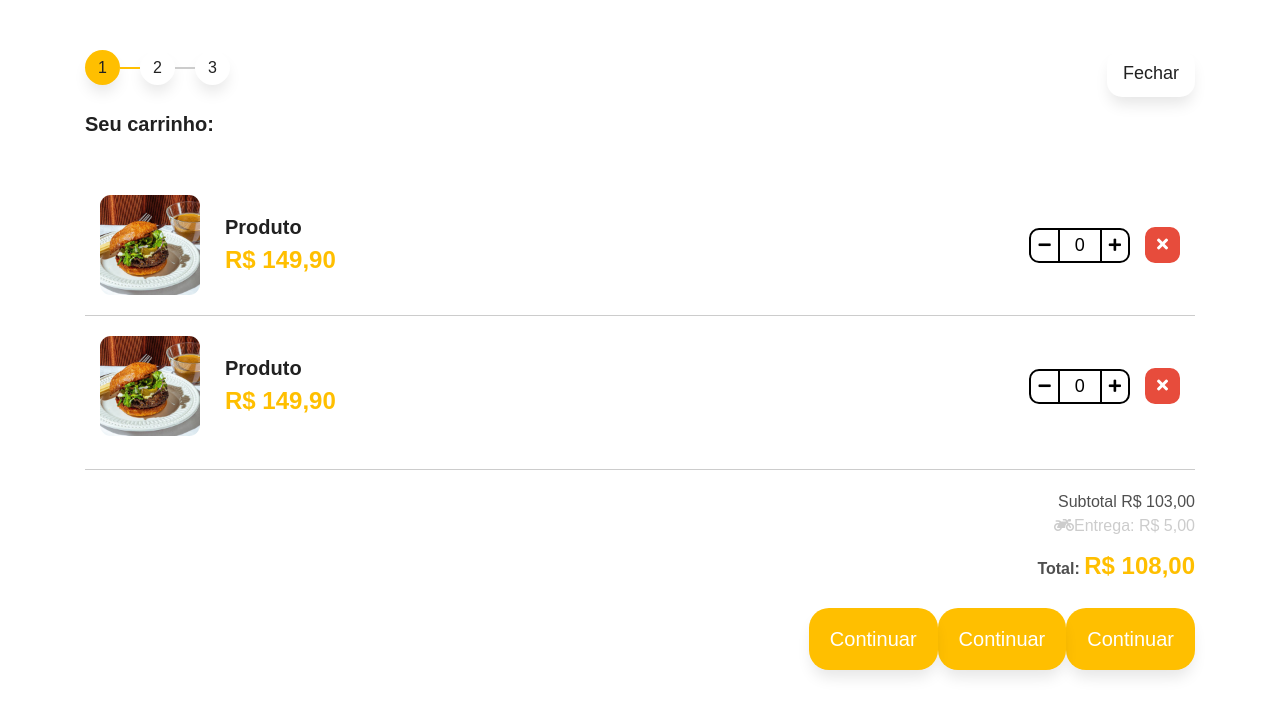
Repository: darkness318/restaraunt
Page: index.html
These files come from the project's save history. The page is drawn as it stood at one moment and after the next save; the edit follows.
The browser window is 1280 px wide. The pictures show the window.
A layer covers the whole window, so only the first screen is drawn.

Above is the page before, as saved 2024-10-01 10:21:49.

### index.html
<!DOCTYPE html>
<html lang="pt-br">
  <head>
    <meta charset="UTF-8" />
    <meta name="viewport" content="width=device-width, initial-scale=1.0" />
    <title>Restaurente - Seja bem vindo!</title>
    <link rel="stylesheet" href="./css/bootstrap.min.css" />
    <link rel="stylesheet" href="./css/fontawesome.css" />
    <link rel="stylesheet" href="./css/main.css" />
  </head>

  <body>
    <section class="header">
      <div class="container">
        <nav class="navbar navbar-expand-lg pl-0 pr-0">
          <a class="navbar-brand" href="#">
            <img src="./img/logo.png" width="160" class="img-logo" />
          </a>
          <button
            class="navbar-toggler"
            type="button"
            data-toggle="collapse"
            data-target="#navbarNavDropdown"
          >
            <span class="navbar-toggler-icon">
              <i class="fas fa-bars"></i>
            </span>
          </button>
          <div class="collapse navbar-collapse" id="navbarNavDropdown">
            <ul class="navbar-nav ml-auto mr-auto">
              <li class="nav-item">
                <a href="#reservas" class="nav-link"><b>Reservas</b></a>
              </li>
              <li class="nav-item">
                <a href="#servicos" class="nav-link"><b>Serviços</b></a>
              </li>
              <li class="nav-item">
                <a href="#cardapio" class="nav-link"><b>Cardápio</b></a>
              </li>
              <li class="nav-item">
                <a href="#depoimentos" class="nav-link"><b>Depoimentos</b></a>
              </li>
            </ul>
            <a class="btn btn-white btn-icon">
              Meu carrinho
              <span class="icon">
                <i class="fa fa-shopping-bag"></i>
              </span>
            </a>
          </div>
        </nav>
      </div>
    </section>

    <section class="banner">
      <div class="container">
        <div class="row">
          <div class="col-6">
            <div class="d-flex text-banner">
              <h1>
                <b>Escolha sua comida <b class="color-primary">favorita.</b></b>
              </h1>
              <p>
                Aproveite nosso cardápio! Escolha o que desejar e receba em sua
                casa de forma rápida e segura.
              </p>
              <div>
                <a class="btn btn-yellow mt-4 mr-3"> Ver Cardápio </a>
                <a href="#" class="btn btn-white btn-icon-left mt-4">
                  <span class="icon-left">
                    <i class="fa fa-phone"></i>
                  </span>
                  (66) 9 9999-8888
                </a>
              </div>
            </div>
            <a class="btn btn-sm btn-white btn-social mt-4 mr-3">
              <i class="fab fa-instagram"></i>
            </a>
            <a class="btn btn-sm btn-white btn-social mt-4 mr-3">
              <i class="fab fa-facebook-f"></i>
            </a>
            <a class="btn btn-sm btn-white btn-social mt-4">
              <i class="fab fa-whatsapp"></i>
            </a>
          </div>
          <div class="col-6">
            <div class="card-banner"></div>
            <div class="d-flex img-banner">
              <img src="./img/burguer.png" />
            </div>
            <div class="card card-case">
              "Entrega rápida e funcionários simpáticos.
              <br />A comida chegou quente e <br />
              muito saborosa!"
              <span class="card-case-name">
                <b>Thiago Lopes</b>
              </span>
            </div>
          </div>
        </div>
      </div>
    </section>
    <section class="servicos" id="servicos">
      <div class="background-servicos"></div>

      <div class="container">
        <div class="class row">
          <div class="col-12 text-center mb-5">
            <span class="hint-title"><b>Serviços</b></span>
            <h1 class="title">
              <b>Como são nossos serviços?</b>
            </h1>
          </div>

          <div class="col-4 mb-5">
            <div class="card-icon text-center">
              <img src="./img/icone-pedido.svg" width="150 " />
            </div>

            <div class="card-text text-center mt-3">
              <p><b>Fácil de pedir</b></p>
              <span>
                Você só precisa de alguns passos para pedir sua comida.
              </span>
            </div>
          </div>

          <div class="col-4 mb-5">
            <div class="card-icon text-center">
              <img src="./img/icone-delivery.svg" width="250 " />
            </div>

            <div class="card-text text-center mt-3">
              <p><b>Entrega Rápida</b></p>
              <span> Nossa entrega é sempre pontual, rápida e segura. </span>
            </div>
          </div>

          <div class="col-4 mb-5">
            <div class="card-icon text-center">
              <img src="./img/icone-qualidade.svg" width="250 " />
            </div>

            <div class="card-text text-center mt-3">
              <p><b>Melhor qualidade</b></p>
              <span>
                Não só a rapidez na entrega, a qualidade também é o nosso forte.
              </span>
            </div>
          </div>
        </div>
      </div>
    </section>
    <section class="cardapio" id="cardapio">
      <div class="background-cardapio"></div>

      <div class="container">
        <div class="row">
          <div class="col-12 text-center mb-5">
            <span class="hint-title"><b>Cardápio</b></span>
            <h1 class="title">
              <b>Conheça o nosso Cardápio</b>
            </h1>
          </div>

          <div class="col-12 container-menu">
            <a class="btn btn-white btn-sm mr-3">
              <i class="fas fa-hamburger"></i>&nbsp;Burgers
            </a>
            <a class="btn btn-white btn-sm mr-3">
              <i class="fas fa-pizza-slice"></i>&nbsp;Pizzas
            </a>
            <a class="btn btn-white btn-sm mr-3">
              <i class="fas fa-drumstick-bite"></i>&nbsp;Churrasco
            </a>
            <a class="btn btn-white btn-sm mr-3">
              <i class="fas fa-bacon"></i>&nbsp;Steaks
            </a>
            <a class="btn btn-white btn-sm mr-3">
              <i class="fas fa-cocktail"></i>&nbsp;Bebidas
            </a>
            <a class="btn btn-white btn-sm mr-3">
              <i class="fas fa-ice-cream"></i>&nbsp;Sobremesas
            </a>
          </div>

          <div class="col-12">
            <div class="row" id="itensCardapio">
              <div class="col-3 mb-5">
                <div class="card card-item">
                  <div class="img-produto">
                    <img
                      src="./img/cardapio/burguers/burger-au-poivre-kit-4-pack.3ca0e39b02db753304cd185638dad518.jpg"
                    />
                  </div>
                  <p class="title-produto text-center mt-4">
                    <b>Nome do produto muito grande</b>
                  </p>
                  <p class="price-produto text-center">
                    <b>R$ 154,90</b>
                  </p>

                  <div class="add-carrinho">
                    <span class="btn-menos"><i class="fas fa-minus"></i></span>
                    <span class="btn-numero-itens">0</span>
                    <span class="btn-mais"><i class="fas fa-plus"></i></span>
                    <span class="btn btn-add"
                      ><i class="fa fa-shopping-bag"></i
                    ></span>
                  </div>
                </div>
              </div>

              <div class="col-3 mb-5">
                <div class="card card-item">
                  <div class="img-produto">
                    <img
                      src="./img/cardapio/burguers/burger-au-poivre-kit-4-pack.3ca0e39b02db753304cd185638dad518.jpg"
                    />
                  </div>
                  <p class="title-produto text-center mt-4">
                    <b>Nome do produto muito grande</b>
                  </p>
                  <p class="price-produto text-center">
                    <b>R$ 154,90</b>
                  </p>

                  <div class="add-carrinho">
                    <span class="btn-menos"><i class="fas fa-minus"></i></span>
                    <span class="btn-numero-itens">0</span>
                    <span class="btn-mais"><i class="fas fa-plus"></i></span>
                    <span class="btn btn-add"
                      ><i class="fa fa-shopping-bag"></i
                    ></span>
                  </div>
                </div>
              </div>

              <div class="col-3 mb-5">
                <div class="card card-item">
                  <div class="img-produto">
                    <img
                      src="./img/cardapio/burguers/burger-au-poivre-kit-4-pack.3ca0e39b02db753304cd185638dad518.jpg"
                    />
                  </div>
                  <p class="title-produto text-center mt-4">
                    <b>Nome do produto muito grande</b>
                  </p>
                  <p class="price-produto text-center">
                    <b>R$ 154,90</b>
                  </p>

                  <div class="add-carrinho">
                    <span class="btn-menos"><i class="fas fa-minus"></i></span>
                    <span class="btn-numero-itens">0</span>
                    <span class="btn-mais"><i class="fas fa-plus"></i></span>
                    <span class="btn btn-add"
                      ><i class="fa fa-shopping-bag"></i
                    ></span>
                  </div>
                </div>
              </div>

              <div class="col-3 mb-5">
                <div class="card card-item">
                  <div class="img-produto">
                    <img
                      src="./img/cardapio/burguers/burger-au-poivre-kit-4-pack.3ca0e39b02db753304cd185638dad518.jpg"
                    />
                  </div>
                  <p class="title-produto text-center mt-4">
                    <b>Nome do produto muito grande</b>
                  </p>
                  <p class="price-produto text-center">
                    <b>R$ 154,90</b>
                  </p>

                  <div class="add-carrinho">
                    <span class="btn-menos"><i class="fas fa-minus"></i></span>
                    <span class="btn-numero-itens">0</span>
                    <span class="btn-mais"><i class="fas fa-plus"></i></span>
                    <span class="btn btn-add"
                      ><i class="fa fa-shopping-bag"></i
                    ></span>
                  </div>
                </div>
              </div>
            </div>
          </div>
          <div class="col-12 text-center">
            <a class="btn btn-white btn-sm">Ver mais</a>
          </div>
        </div>
      </div>
    </section>
    <section class="depoimentos" id="depoimentos">
      <div class="background-depoimentos"></div>
      <div class="container">
        <div class="row">
          <div class="col-5 text-center">
            <div class="card-depoimentos"></div>
            <div class="d-flex img-banner">
              <img src="./img/pizzas.png" />
            </div>
          </div>

          <div class="col-7">
            <span class="hint-title"><b>Depoimentos</b></span>
            <h1 class="title">
              <b>O que dizem sobre nós</b>
            </h1>
            <div class="mb-5">
              <div class="depoimento" id="depoimento-1">
                <div class="container-dados-depoimento">
                  <div class="imagem-depoimento"></div>
                  <div>
                    <p class="nome-depoimento"><b>Diego Pereira</b></p>
                    <p class="nota-depoimento">
                      <i class="fas fa-star"></i>
                      <i class="fas fa-star"></i>
                      <i class="fas fa-star"></i>
                      <i class="fas fa-star"></i>
                      <i class="fas fa-star-half-alt"></i>&nbsp;
                      <span>4.5</span>
                    </p>
                  </div>
                </div>
                <p class="texto-depoimento">
                  <i class="fas fa-quote-left"></i>
                  <span>
                    Muito bom, recomendo demais! Comida muito bem feita pelo
                    chefe, atendimento dentro dos parâmetros e boa comunicação
                    com o cliente.
                  </span>
                  <i class="fas fa-quote-right"></i>
                </p>
              </div>

              <div class="depoimento hidden" id="depoimento-2">
                <div class="container-dados-depoimento">
                  <div class="imagem-depoimento"></div>
                  <div>
                    <p class="nome-depoimento"><b>Ana Beatriz</b></p>
                    <p class="nota-depoimento">
                      <i class="fas fa-star"></i>
                      <i class="fas fa-star"></i>
                      <i class="fas fa-star"></i>
                      <i class="fas fa-star"></i>
                      <i class="fas fa-star"></i>&nbsp; <span>5.0</span>
                    </p>
                  </div>
                </div>
                <p class="texto-depoimento">
                  <i class="fas fa-quote-left"></i>
                  <span>
                    Um jantar perfeito do começo ao fim. Comida, experiência,
                    serviço... foi tão maravilhoso que fomos dois dias seguidos
                    - fato inédito para mim em uma viagem.
                  </span>
                  <i class="fas fa-quote-right"></i>
                </p>
              </div>

              <div class="depoimento hidden" id="depoimento-3">
                <div class="container-dados-depoimento">
                  <div class="imagem-depoimento"></div>
                  <div>
                    <p class="nome-depoimento"><b>João Guilherme</b></p>
                    <p class="nota-depoimento">
                      <i class="fas fa-star"></i>
                      <i class="fas fa-star"></i>
                      <i class="fas fa-star"></i>
                      <i class="fas fa-star"></i>
                      <i class="far fa-star"></i>&nbsp; <span>4.0</span>
                    </p>
                  </div>
                </div>
                <p class="texto-depoimento">
                  <i class="fas fa-quote-left"></i>
                  <span>
                    A comida estava excelente e o serviço gentil nos
                    surpreendeu! Dica: reserve umas 3 horas para ter uma
                    experiência incrível.
                  </span>
                  <i class="fas fa-quote-right"></i>
                </p>
              </div>
            </div>

            <a class="btn btn-sm btn-white btn-social mr-3 active">1</a>
            <a class="btn btn-sm btn-white btn-social mr-3">2</a>
            <a class="btn btn-sm btn-white btn-social">3</a>
          </div>
        </div>
      </div>
    </section>
    <section class="reserva" id="reserva">
      <div class="container">
        <div class="row">
          <div class="col-12">
            <div class="card-secondary">
              <div class="row">
                <div class="col-7">
                  <span class="hint-title"><b>Reserva</b></span>
                  <h1 class="title">
                    <b>Quer reservar um horário?</b>
                  </h1>
                  <p class="pr-5">
                    Mande uma mensagem clicando no botão abaixo
                    <br />
                    Reserve sua data e horário de forma simples e rápida.
                  </p>
                  <a class="btn btn-yellow mt-4"> Fazer reserva </a>
                </div>

                <div class="col-5">
                  <div class="card-reserva"></div>
                  <div class="d-flex img-banner">
                    <img src="./img/icone-reserva.svg" />
                  </div>
                </div>
              </div>
            </div>
          </div>
        </div>
      </div>
    </section>

    <section class="footer">
      <div class="container">
        <div class="row">
          <div class="col-3 container-logo-footer">
            <img class="logo-footer" src="./img/logo.png" />
          </div>

          <div class="col-6 container-texto-footer">
            <p class="mb-0">
              <b>Menu On-line</b> &copy; Todos os direitos reservados
            </p>
          </div>

          <div class="col-3 container-redes-footer">
            <a class="btn btn-sm btn-white btn-social mr-3">
              <i class="fab fa-instagram"></i>
            </a>
            <a class="btn btn-sm btn-white btn-social mr-3">
              <i class="fab fa-facebook-f"></i>
            </a>
            <a class="btn btn-sm btn-white btn-social">
              <i class="fab fa-whatsapp"></i>
            </a>
          </div>
        </div>
      </div>
    </section>

    <div class="modal-full" id="modalCarrinho">
      <div class="m-header">
        <div class="container">
          <a class="btn btn-white btn-sm float-right"> Fechar </a>

          <div class="etapas">
            <div class="etapa etapa1 active">1</div>
            <div class="etapa etapa2">2</div>
            <div class="etapa etapa3">3</div>
          </div>
          <p class="title-carrinho mt-4">
            <b id="lblTituloEtapa">Seu carrinho:</b>
          </p>
        </div>
      </div>

      <div class="m-body">
        <div class="container">
          <div id="itensCarrinho" class="row mr-0 ml-0">
            <div class="col-12 item-carrinho">
              <div class="img-produto">
                <img
                  src="./img/cardapio/burguers/burger-au-poivre-kit-4-pack.3ca0e39b02db753304cd185638dad518.jpg"
                />
              </div>
              <div class="dados-produto">
                <p class="title-produto"><b>Produto</b></p>
                <p class="price-produto"><b>R$ 149,90</b></p>
              </div>
              <div class="add-carrinho">
                <span class="btn-menos"><i class="fas fa-minus"></i></span>
                <span class="btn-numero-itens">0</span>
                <span class="btn-mais"><i class="fas fa-plus"></i></span>
                <span class="btn btn-remove"><i class="fa fa-times"></i></span>
              </div>
            </div>
            <!-- segundo item do carrinho   -->
            <div class="col-12 item-carrinho">
              <div class="img-produto">
                <img
                  src="./img/cardapio/burguers/burger-au-poivre-kit-4-pack.3ca0e39b02db753304cd185638dad518.jpg"
                />
              </div>
              <div class="dados-produto">
                <p class="title-produto"><b>Produto</b></p>
                <p class="price-produto"><b>R$ 149,90</b></p>
              </div>
              <div class="add-carrinho">
                <span class="btn-menos"><i class="fas fa-minus"></i></span>
                <span class="btn-numero-itens">0</span>
                <span class="btn-mais"><i class="fas fa-plus"></i></span>
                <span class="btn btn-remove"><i class="fa fa-times"></i></span>
              </div>
            </div>
          </div>

          <div id="localEntrega" class="row mr-0 ml-0 hidden"></div>

          <div id="resumoCarrinho" class="row mr-0 ml-0 hidden"></div>
        </div>
      </div>

      <div class="m-footer">
        <div class="container">
          <div class="container-total text-right mb-4 ">
            <p class="mb-0">
              <span>Subtotal</span>
              <span id="lblSubtotal">R$ 103,00</span>
            </p>
            <p class="mb-0 texto-entrega">
              <span><i class="fas fa-motorcycle"></i>Entrega:</span>
              <span id="lblValorEntrega">R$ 5,00</span>
            </p>
            <p class="mb-0 texto-total"></p>
              <span><b>Total:</b></span>
              <span class="valor-total" id="lblValorTotal"><b>R$ 108,00</b></span>
            </p>
          </div>
          <a class="btn btn-yellow float-right" id="btnEtapaPedido">Continuar</a>
          <a class="btn btn-yellow float-right" id="btnEtapaEndereco">Continuar</a>
          <a class="btn btn-yellow float-right" id="btnEtapaPedido">Continuar</a>
        </div>
      </div>
    </div>

    <script type="text/javascript" src="./js/jquery-1.12.4.min.js"></script>
    <script type="text/javascript" src="./js/modernizr-3.5.0.min.js"></script>
    <script type="text/javascript" src="./js/bootstrap.min.js"></script>
    <script type="text/javascript" src="./js/popper.min.js"></script>
  </body>
</html>

Loaded but not shown: css/bootstrap.min.css (library); css/fontawesome.css (library); js/jquery-1.12.4.min.js (library); js/modernizr-3.5.0.min.js (library); js/bootstrap.min.js (library); js/popper.min.js (library); css/main.css (621 lines, source omitted)

After the next save:
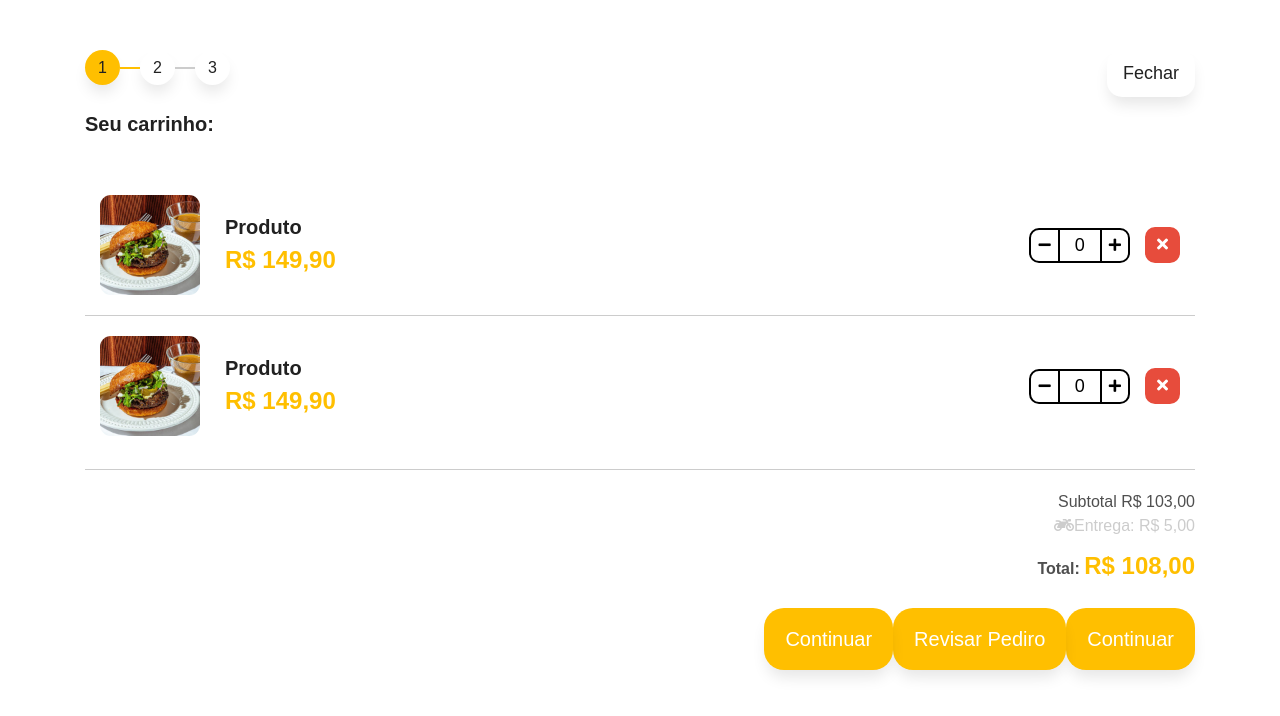
Saved 8 s later.
--- a/index.html
+++ b/index.html
@@ -534,7 +534,7 @@
             </p>
           </div>
           <a class="btn btn-yellow float-right" id="btnEtapaPedido">Continuar</a>
-          <a class="btn btn-yellow float-right" id="btnEtapaEndereco">Continuar</a>
+          <a class="btn btn-yellow float-right" id="btnEtapaEndereco">Revisar Pediro</a>
           <a class="btn btn-yellow float-right" id="btnEtapaPedido">Continuar</a>
         </div>
       </div>
